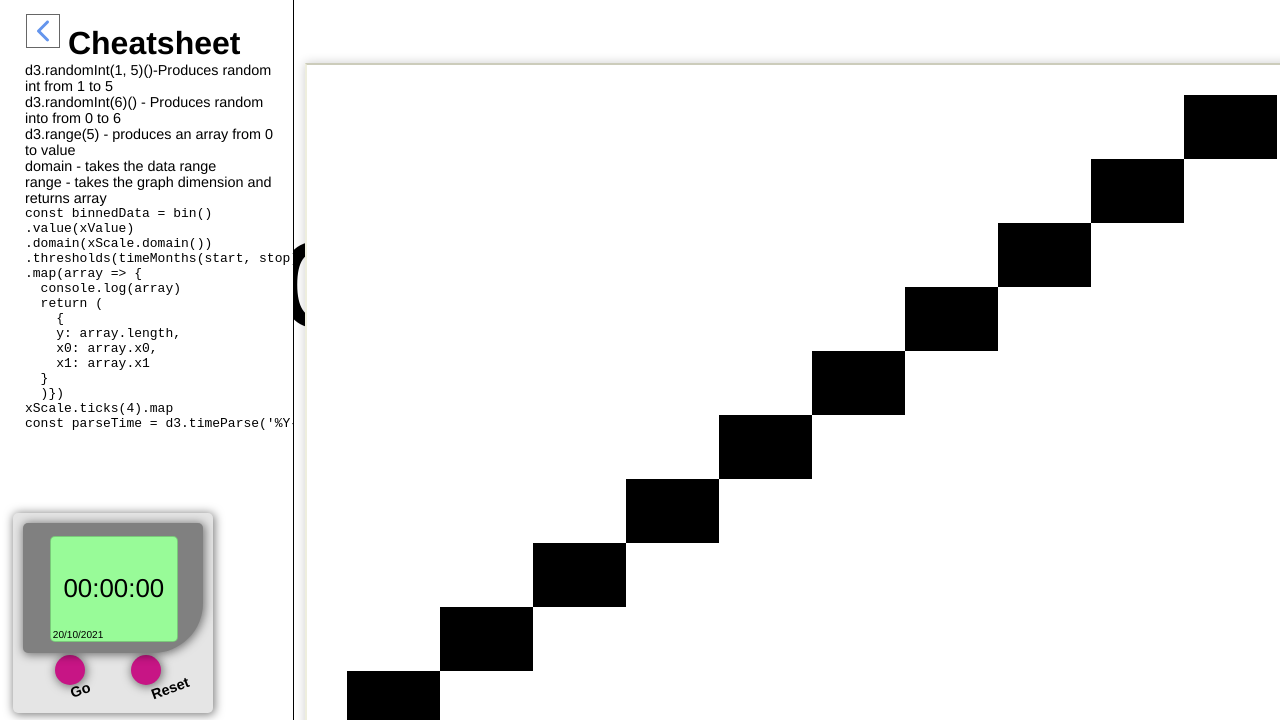
Repository: Lewisjohnward/100-days-of-d3
Page: /
The author's editor kept a copy of each file at every save. The page is drawn from the files as they stood at one save, then again after a run of saves.
The browser window is 1280 px wide. The pictures show the whole page.
The project was rebuilt for these pictures with package versions that can differ from the ones it lists, and the page was loaded fresh each time. Also part of the build but not shown: src/charts/chart1/styles.js, src/charts/chart1/Chart.js, src/charts/chart2/useGetData.js, src/charts/chart2/styles.js, src/charts/chart2/Chart.js, src/charts/chart3/useGetData.js, src/charts/chart3/styles.js, src/charts/chart3/Chart.js and 3 more.

Above is the page before, as saved 2021-10-20 16:39:15.

After the next 2 saves:
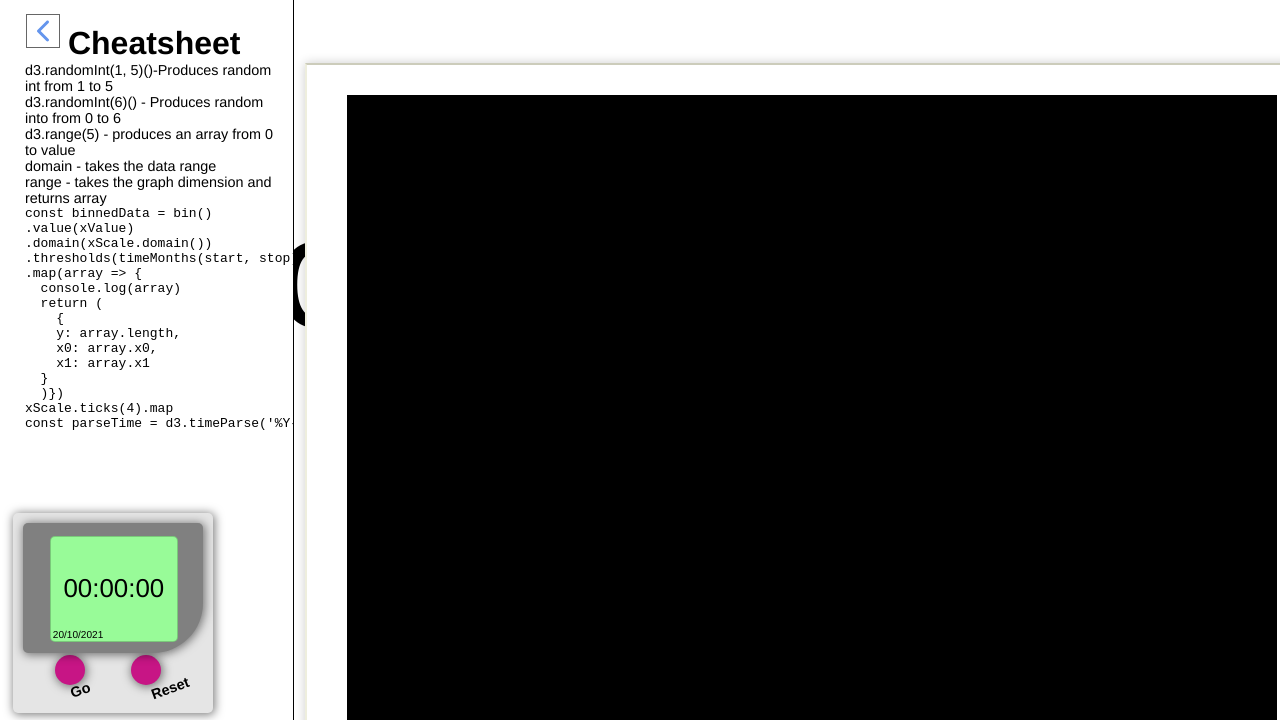
The 2 saves are shown as one change because 1 did not build or start.
The last was saved 6 min 24 s later.
--- a/src/charts/chart5/Chart.js
+++ b/src/charts/chart5/Chart.js
@@ -37,10 +37,15 @@ const innerWidth = width - margin.left - margin.right;
 
 const array = range(10);
 const data = array.map((d, i) => {
-  return {
-    a: i,
-    b: i,
-  };
+  const dataArr = array.map((e, j)=> {
+    return (
+      {
+        a: d,
+        b: j
+      }
+    )
+  })
+  return dataArr
 });
 console.log(data)
 const xValue = d => d.a
